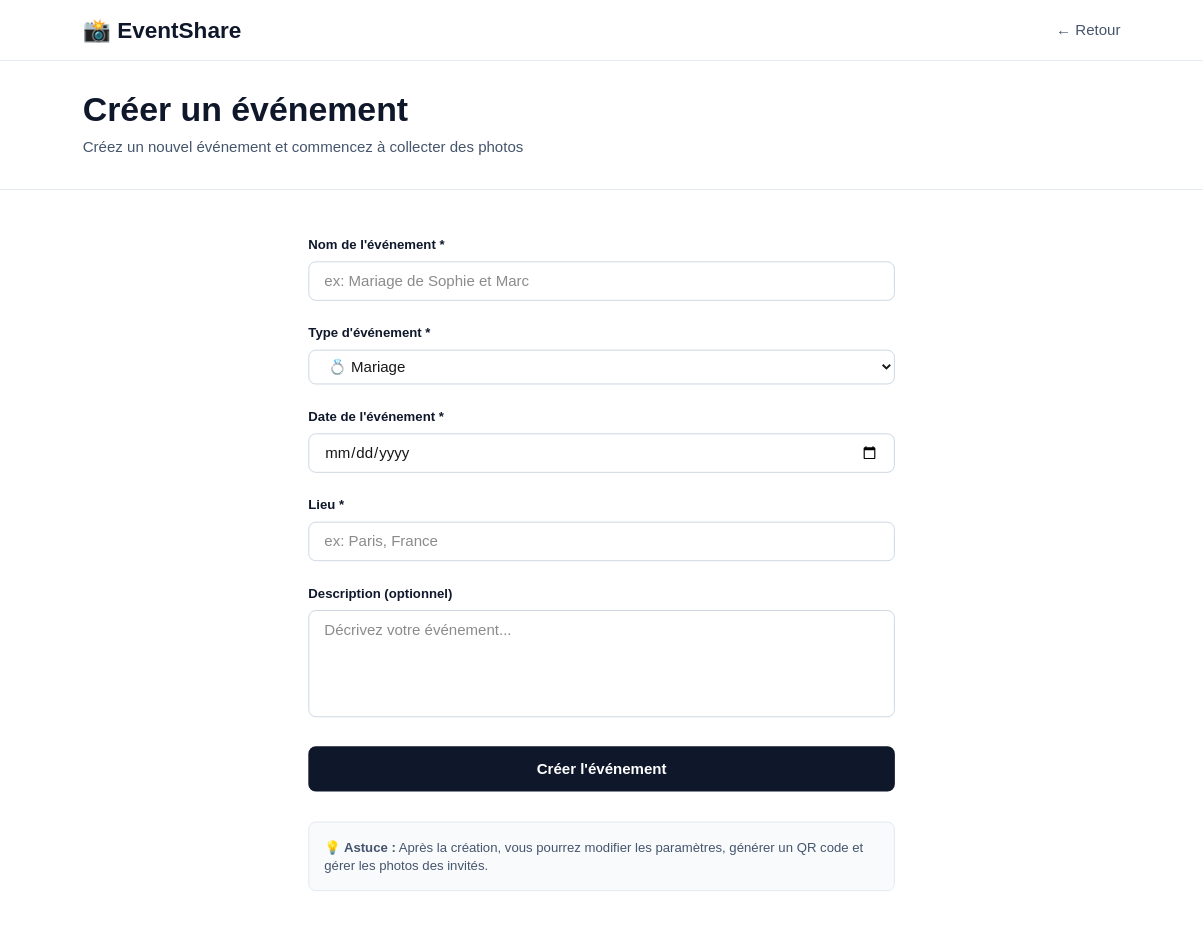
Repository: rodriguesr-sfeir/event-app
Page: /client/create-event (app in frontend/)
An editor plug-in stored every save of this project. The page is shown before and after the next save, followed by the edit.
The browser window is 1280 px wide. The pictures show the whole page, at 94% of full size.
The project was rebuilt for these pictures with package versions that can differ from the ones it lists, and the page was loaded fresh each time. The framework's server and built-in components were replaced by stand-ins that run in the browser. Also part of the build but not shown: frontend/next.config.ts.

Above is the page before, as saved 2026-08-10 20:35:25.

After the next save:
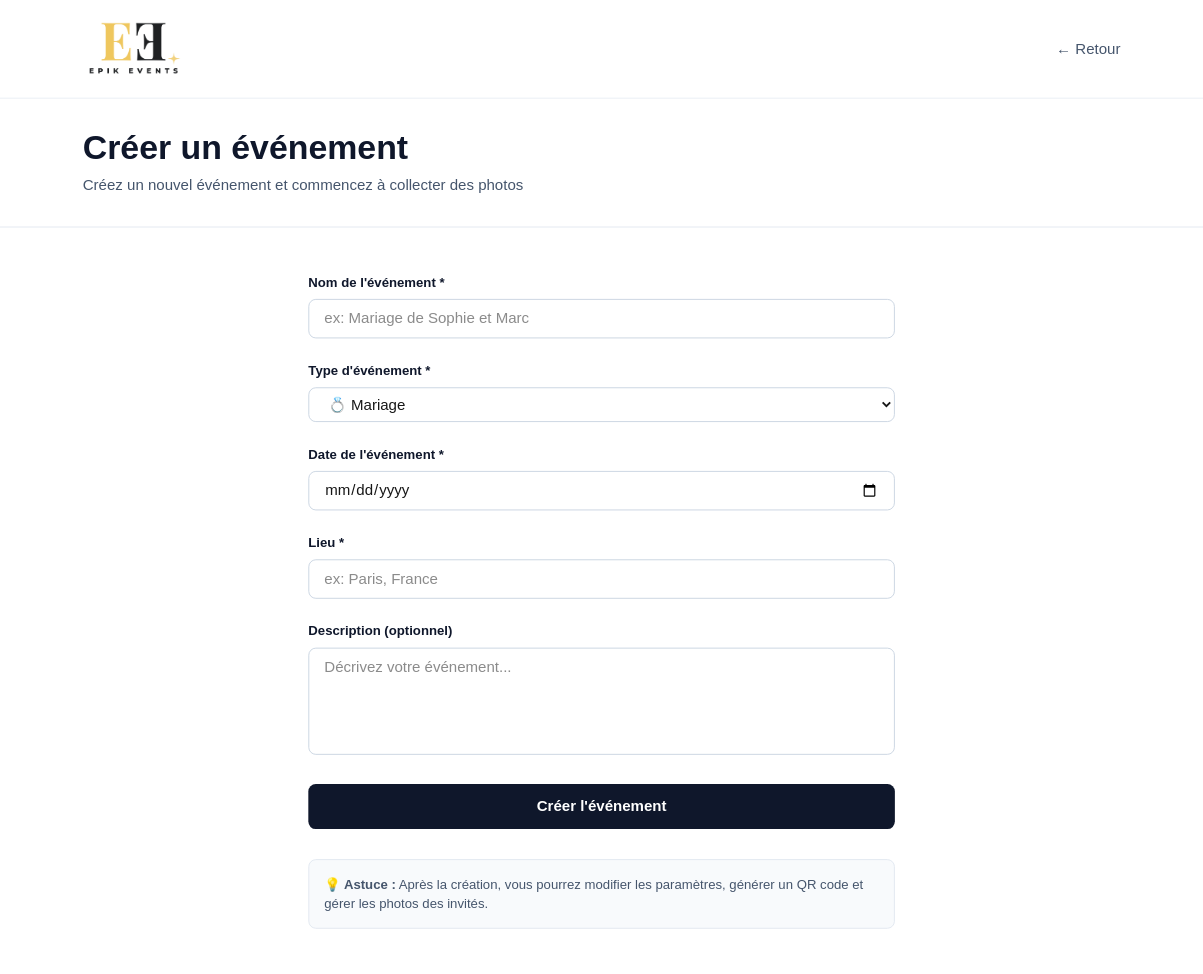
Saved 5 min 32 s later.
--- a/frontend/src/app/client/create-event/page.tsx
+++ b/frontend/src/app/client/create-event/page.tsx
@@ -110,8 +110,8 @@ export default function CreateEventPage() {
       {/* Navigation */}
       <nav className="border-b border-slate-200">
         <div className="max-w-6xl mx-auto px-6 py-4 flex justify-between items-center">
-          <Link href="/client/dashboard" className="text-2xl font-bold text-slate-900">
-            📸 EventShare
+          <Link href="/client/dashboard">
+            <img src="/images/logo.png" alt="Epik Events" className="h-18 w-auto" />
           </Link>
           <Link
             href="/client/dashboard"
